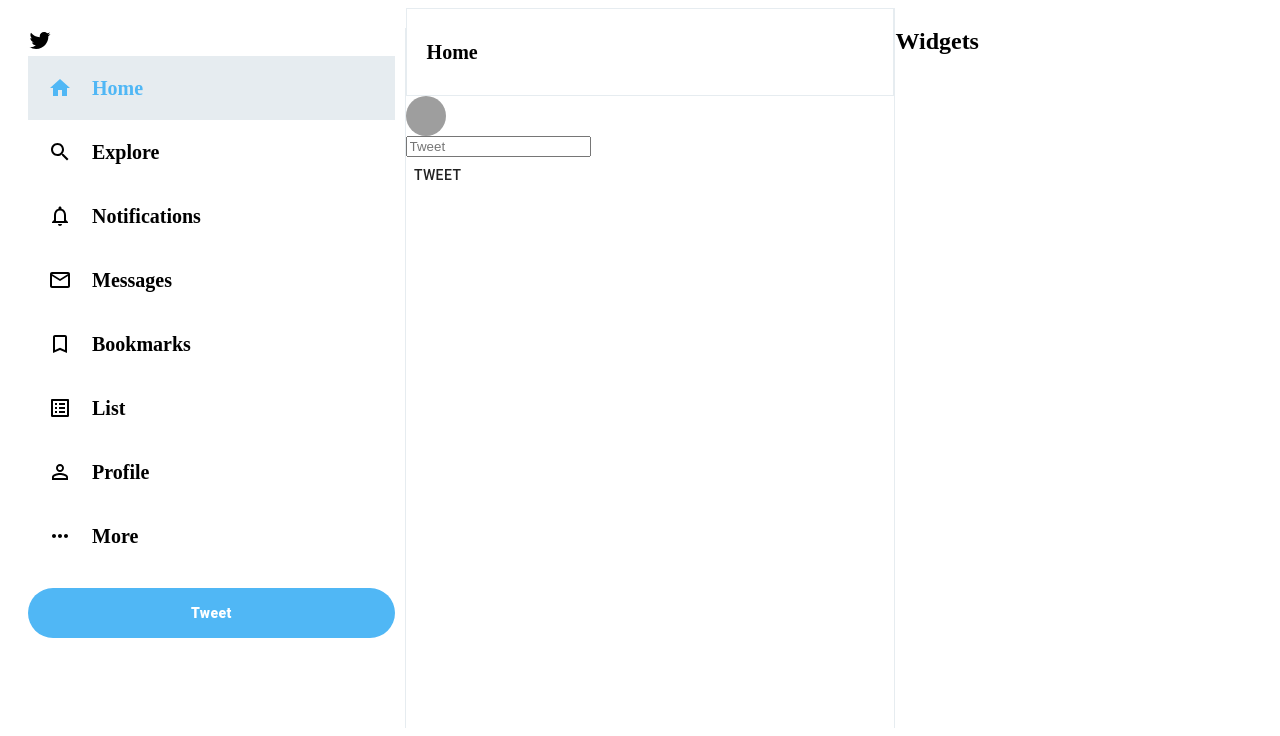
Repository: shehriyarnadeem/twitter-clone
Page: /
The author's editor kept a copy of each file at every save. The page is drawn from the files as they stood at one save, then again after the next save.
The browser window is 1280 px wide. The pictures show the whole page.
Pictures or frames that could not be fetched are drawn as grey boxes. The project was rebuilt for these pictures with package versions that can differ from the ones it lists, and the page was loaded fresh each time. Also part of the build but not shown: src/index.css.

Above is the page before, as saved 2020-08-08 23:04:01.

### src/App.js
import React from "react";
import Sidebar from "./Sidebar";
import Feed from "./Feed";
import Widgets from "./Widgets";
import "./App.css";

function App() {
  return (
    <div className="App">
      <Sidebar />
      <Feed />
      <Widgets />
      {/* Feed */}
      {/* Widget */}
    </div>
  );
}

export default App;

### src/Sidebar.js
import React from "react";
import SidebarOption from "./SidebarOption";
import TwitterIcon from "@material-ui/icons/Twitter";
import HomeIcon from "@material-ui/icons/Home";
import SearchIcon from "@material-ui/icons/Search";
import NotificationsNoneIcon from "@material-ui/icons/NotificationsNone";
import MailOutlineIcon from "@material-ui/icons/MailOutline";
import BookmarkBorderIcon from "@material-ui/icons/BookmarkBorder";
import ListAltIcon from "@material-ui/icons/ListAlt";
import PermIdentityIcon from "@material-ui/icons/PermIdentity";
import MoreHorizIcon from "@material-ui/icons/MoreHoriz";
import { Button } from "@material-ui/core";
import "./Sidebar.css";

const Sidebar = () => {
  return (
    <div className="sidebar">
      <TwitterIcon />
      <SidebarOption active Icon={HomeIcon} text="Home" />
      <SidebarOption Icon={SearchIcon} text="Explore" />
      <SidebarOption Icon={NotificationsNoneIcon} text="Notifications" />
      <SidebarOption Icon={MailOutlineIcon} text="Messages" />
      <SidebarOption Icon={BookmarkBorderIcon} text="Bookmarks" />
      <SidebarOption Icon={ListAltIcon} text="List" />
      <SidebarOption Icon={PermIdentityIcon} text="Profile" />
      <SidebarOption Icon={MoreHorizIcon} text="More" />
      <Button variant="outlined" className="sidebar__tweet" fullWidth>
        Tweet
      </Button>
    </div>
  );
};

export default Sidebar;

### src/Feed.js
import React from "react";
import TweetBox from "./TweetBox";
import "./Feed.css";
const Feed = () => {
  return (
    <div className="feed">
      <div className="feed__header">
        <h2>Home</h2>
      </div>
      <TweetBox />
      {/* Header */}
      {/* Tweetbox */}
      {/* Post */}
    </div>
  );
};

export default Feed;

### src/Widgets.js
import React from "react";
import "./Widgets.css";
export default function Widgets() {
  return (
    <div className="widgets">
      <h2>Widgets</h2>
    </div>
  );
}

### src/App.css
body {
  --twitter-color: #50b7f5;
  --twitter-background: #e6ecf0;
}

.App {
  display: flex;
  height: 100vh;
  margin-left: auto;
  margin-right: auto;
  padding: 0 10px;

  max-width: 1300px;
}

### src/SidebarOption.js
import React from "react";
import "./SidebarOption.css";
const SidebarOption = ({ active, text, Icon }) => {
  return (
    <div className={`sidebarOption ${active && "sidebarOption--active"}`}>
      <Icon />
      <h2>{text}</h2>
    </div>
  );
};

export default SidebarOption;

### src/Sidebar.css
.sidebar {
  border-right: 1px solid var(--twitter-background);
  flex: 0.3;
  margin-top: 20px;
  padding-left: 10px;
  padding-right: 10px;
}

.sidebar__tweet {
  background-color: var(--twitter-color) !important;
  border: none !important;
  color: white !important;
  font-weight: 900 !important;
  text-transform: inherit !important;
  border-radius: 30px !important;
  height: 50px;
  margin-top: 20px !important;
}

### src/TweetBox.js
import React from "react";
import { Avatar, Button } from "@material-ui/core";
import "./TweetBox.css";

function TweetBox() {
  return (
    <div className="tweetBox">
      <form>
        <div className="tweetBox__input">
          <Avatar src="https://api.adorable.io/avatars/51/abott@adorable.png" />
          <input type="text" placeholder="Tweet" />
        </div>
        <Button>Tweet</Button>
      </form>
    </div>
  );
}

export default TweetBox;

### src/Feed.css
.feed {
  flex: 0.4;
  border-right: 1px solid var(--twitter-background);
  min-width: fit-content;
  overflow-y: scroll;
}

.feed::-webkit-scrollbar {
  display: none;
}

.feed__header {
  position: sticky;
  top: 0;
  background-color: white;
  z-index: 100;
  border: 1px solid var(--twitter-background);
  padding: 15px 20px;
}

.feed__header > h2 {
  font-size: 20px;
  font-weight: 000;
}

### src/Widgets.css
.widgets {
  flex: 0.3;
}

### src/SidebarOption.css
.sidebarOption {
  display: flex;
  align-items: center;
  cursor: pointer;
}

.sidebarOption:hover {
  background-color: var(--twitter-background);
  border-radius: 30px;
  color: var(--twitter-color);
  transition: color 300ms ease-out;
}

.sidebarOption > .MuiSvgIcon-root {
  padding: 20px;
}
.sidebarOption > h2 {
  font-weight: 800;
  font-size: 20px;
  margin-right: 20px;
}
.sidebarOption--active {
  color: var(--twitter-color);
  background-color: var(--twitter-background);
}

### src/TweetBox.css
.tweetBox {
  padding-bottom: 10px;
}

Loaded but not shown: public/index.html (common file); src/index.js (common file)

After the next save:
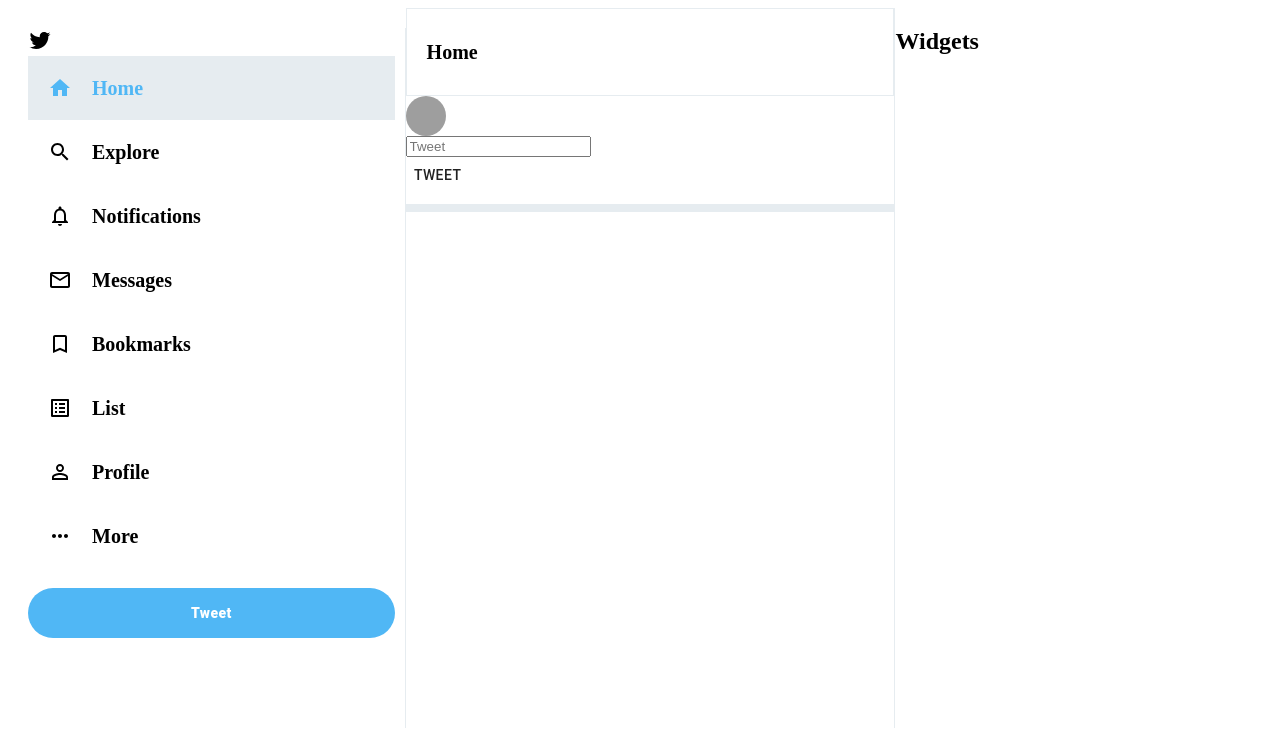
Saved 112 s later.
--- a/src/TweetBox.css
+++ b/src/TweetBox.css
@@ -1,3 +1,5 @@
 .tweetBox {
   padding-bottom: 10px;
+  border-bottom:8px solid var(--twitter-background);
+  padding-right;10px
 }
